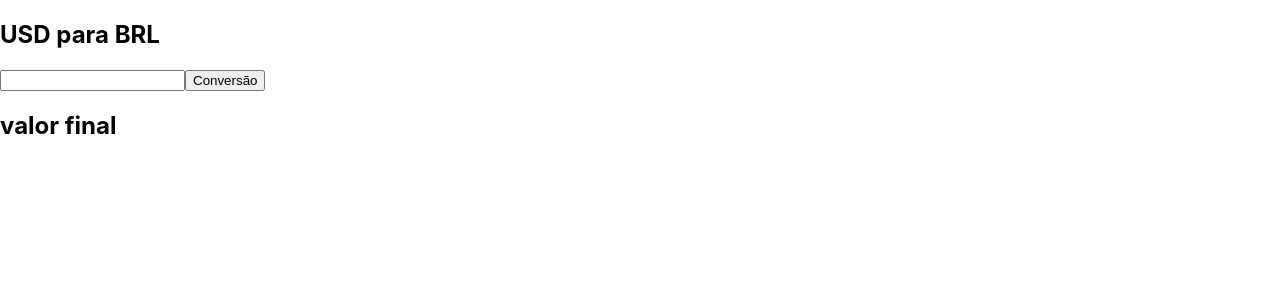
Repository: DeanLemosXD/Currency-converter
Page: /
An editor plug-in stored every save of this project. The page is shown before and after the next save, followed by the edit.
The browser window is 1280 px wide. The pictures show the whole page.
The project was rebuilt for these pictures with package versions that can differ from the ones it lists, and the page was loaded fresh each time. Also part of the build but not shown: src/App.css.

Above is the page before, as saved 2021-10-19 13:51:43.

### src/App.js
import './App.css';
import Conversor from './components/Conversor';

function App() {
  return (
    <div className="App">
      <Conversor moedaA="USD" moedaB="BRL"></Conversor>
    </div>
  );
}

export default App;

### src/components/Conversor.js
import React, { Component } from 'react'

export default class Conversor extends Component {

    // eslint-disable-next-line no-useless-constructor
    constructor(props){
        super(props);

        this.state = {
            moedaA_Valor:"",
            moedaB_Valor:0,

        }

        this.converter = this.converter.bind(this)
    }

    converter(){

        let de_para = `${this.props.moedaA}_${this.props.moedaB}`;
        let url = `https://free.currconv.com/api/v7/convert?q=${de_para}&compact=ultra&apiKey=0d7e32903cad9cf7460c`

        fetch(url).then(res=>{
            return res.json()
        }).then(json=>{

            let cotacao = json[de_para].val;
            let moedaB_Valor = ( parseFloat(this.state.moedaA_Valor) * cotacao).toFixed(2)
            this.setState({moedaB_Valor})
        })
    }
    render(){
        return (
            <div className="conversor">
                <h2>{this.props.moedaA} para {this.props.moedaB}</h2>
                <input type="text" onChange={(event)=>{this.setState({moedaA_Valor:event.target.value})}}></input>
                <input type="button" value="Conversão" onClick={this.converter}></input>
                <h2>valor final</h2>
            </div>
        )
    }
}

Loaded but not shown: public/index.html (common file); src/index.js (common file); src/index.css (common file); src/reportWebVitals.js (common file)

After the next save:
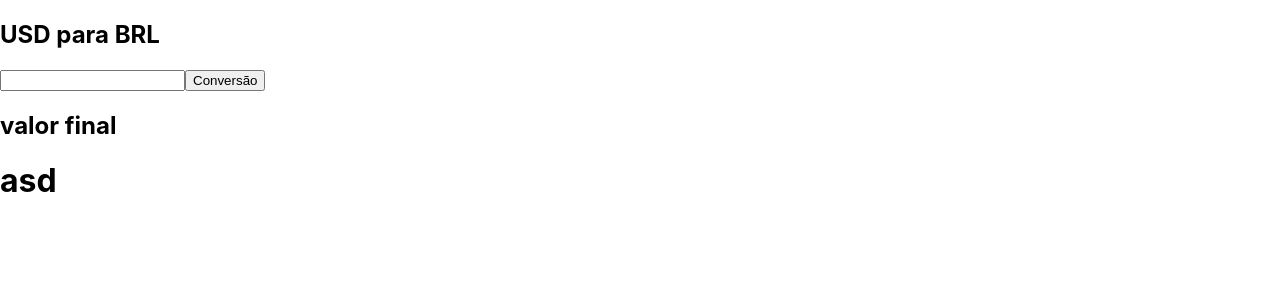
Saved 81 s later.
--- a/src/components/Conversor.js
+++ b/src/components/Conversor.js
@@ -36,6 +36,7 @@ export default class Conversor extends Component {
                 <input type="text" onChange={(event)=>{this.setState({moedaA_Valor:event.target.value})}}></input>
                 <input type="button" value="Conversão" onClick={this.converter}></input>
                 <h2>valor final</h2>
+                <h1>asd</h1>
             </div>
         )
     }
